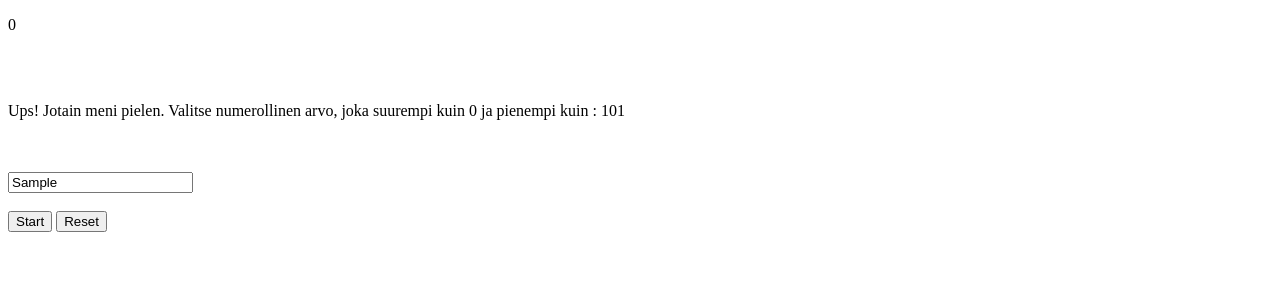
Repository: VadimZubchenko/numeronarvouspeli_JS
Page: public/index.html
The author's editor kept a copy of each file at every save. The page is drawn from the files as they stood at one save, then again after the next save.
The browser window is 1280 px wide. The pictures show the whole page.
Empty fields were first filled with sample values (such as "Sample", 5 or name@example.com).
After loading, the first visible `#startGame` was clicked once.

Above is the page before, as saved 2022-04-25 22:00:27.

### public/index.html
<!DOCTYPE html>
<html lang="en">
<head>
  <meta charset="UTF-8">
  <meta http-equiv="X-UA-Compatible" content="IE=edge">
  <meta name="viewport" content="width=device-width, initial-scale=1.0">
  <title>Numeroarvouspeli</title>
  <script src="script.js"></script>
</head>
<body>
  <p id="maara" >Maara</p>
  <br><br>
  <p id="message" value="0"> Arvataan numeroa 1-100 väliltä </p>
  <br><br>
  <input type="text" id="numero" name="numero" onfocus="this.value='' "placeholder="Laita numero">
  <br>
  <br>
  <button id="startGame" onclick="startGame()">Start</button>
  <button id="resetGame" onclick="resetGame()">Reset</button>
</body>
</html>

### public/script.js
var running = 0;

let lastMin = 0;
let lastMax = 101;
let kpl = 0;

let arvo = Math.floor(Math.random() * 100);
console.log("Arvo :" + arvo);

function startGame() {
  //jos se on jo käynnissä sittten running = true;
  let clientArvo = document.getElementById("numero").value;
  let checkNaN = isNaN(clientArvo);

  console.log("clientArvo: " + clientArvo);
  console.log("ei numerollinen luku: " + checkNaN);

  if (lastMin < clientArvo && clientArvo < lastMax && !checkNaN) {
    if (clientArvo < arvo) {
      lastMin = clientArvo;
      document.getElementById("message").innerHTML =
        "Siinä on jotain suurempa lukua kuin: " +
        clientArvo +
        ". Yritä uudelleen!";
      kpl++;
    }
    if (clientArvo > arvo) {
      lastMax = clientArvo;
      document.getElementById("message").innerHTML =
        "Siinä on jotain pienempa lukua kuin: " +
        clientArvo +
        ". Yritä uudelleen!";
      kpl++;
    }
    if (clientArvo == arvo) {
      document.getElementById("message").innerHTML = "Arvosit oikein!";
    }
  } else {
    document.getElementById("message").innerHTML =
      "Ups! Jotain meni pielen. Valitse numerollinen arvo, joka suurempi kuin " +
      lastMin +
      " ja pienempi kuin : " +
      lastMax;
  }
  document.getElementById("maara").innerHTML = kpl;
  console.log("min:" + lastMin);
  console.log("max: :" + lastMax);
}

function resetGame() {
  clientArvo = 0;
  arvo = 0;
  lastMin = 0;
  lastMax = 101;
  kpl = 0;
  document.getElementById("numero").value = "";
  document.getElementById("maara").innerHTML = kpl;
  document.getElementById("message").innerHTML =
    "Arvataan numeroa 1-100 väliltä";
}

After the next save:
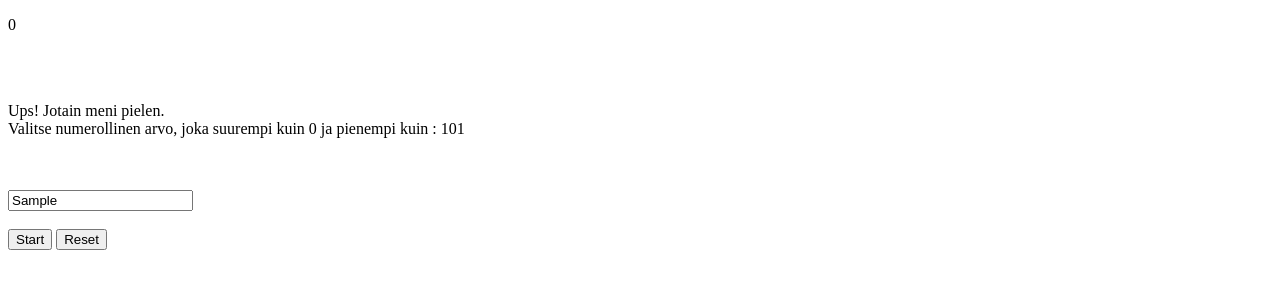
Saved 57 s later.
--- a/public/script.js
+++ b/public/script.js
@@ -21,7 +21,7 @@ function startGame() {
       document.getElementById("message").innerHTML =
         "Siinä on jotain suurempa lukua kuin: " +
         clientArvo +
-        ". Yritä uudelleen!";
+        ". <br>Yritä uudelleen!";
       kpl++;
     }
     if (clientArvo > arvo) {
@@ -29,7 +29,7 @@ function startGame() {
       document.getElementById("message").innerHTML =
         "Siinä on jotain pienempa lukua kuin: " +
         clientArvo +
-        ". Yritä uudelleen!";
+        ". <br>Yritä uudelleen!";
       kpl++;
     }
     if (clientArvo == arvo) {
@@ -37,7 +37,7 @@ function startGame() {
     }
   } else {
     document.getElementById("message").innerHTML =
-      "Ups! Jotain meni pielen. Valitse numerollinen arvo, joka suurempi kuin " +
+      "Ups! Jotain meni pielen. <br>Valitse numerollinen arvo, joka suurempi kuin " +
       lastMin +
       " ja pienempi kuin : " +
       lastMax;
